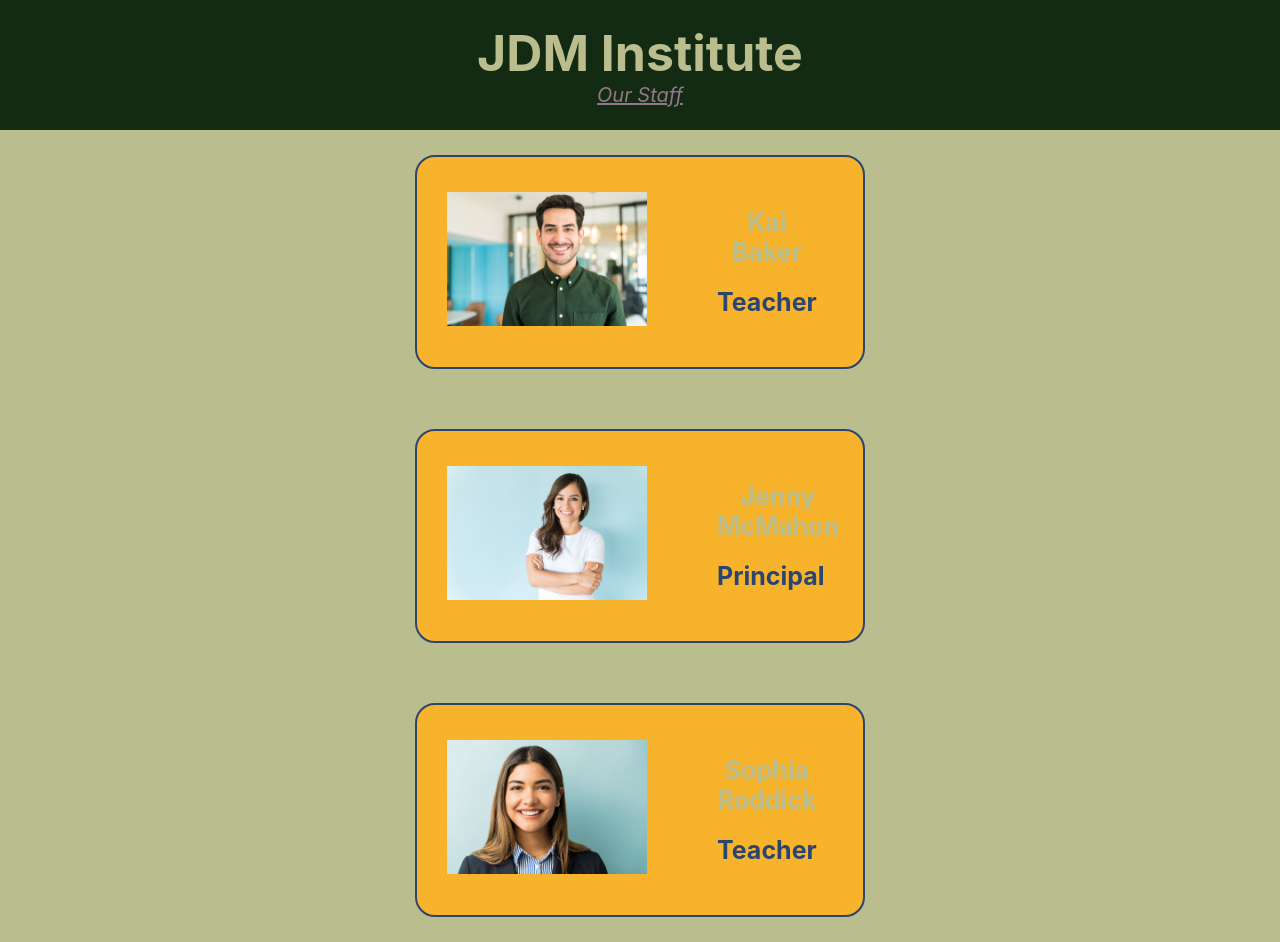
Repository: jennydmcm/class03practice
Page: /about
These files come from the project's save history. The page is drawn as it stood at one moment and after the next save; the edit follows.
The browser window is 1280 px wide. The pictures show the whole page.
The project was rebuilt for these pictures with package versions that can differ from the ones it lists, and the page was loaded fresh each time. The framework's server and built-in components were replaced by stand-ins that run in the browser. Also part of the build but not shown: next.config.js.

Above is the page before, as saved 2023-01-24 21:30:02.

After the next save:
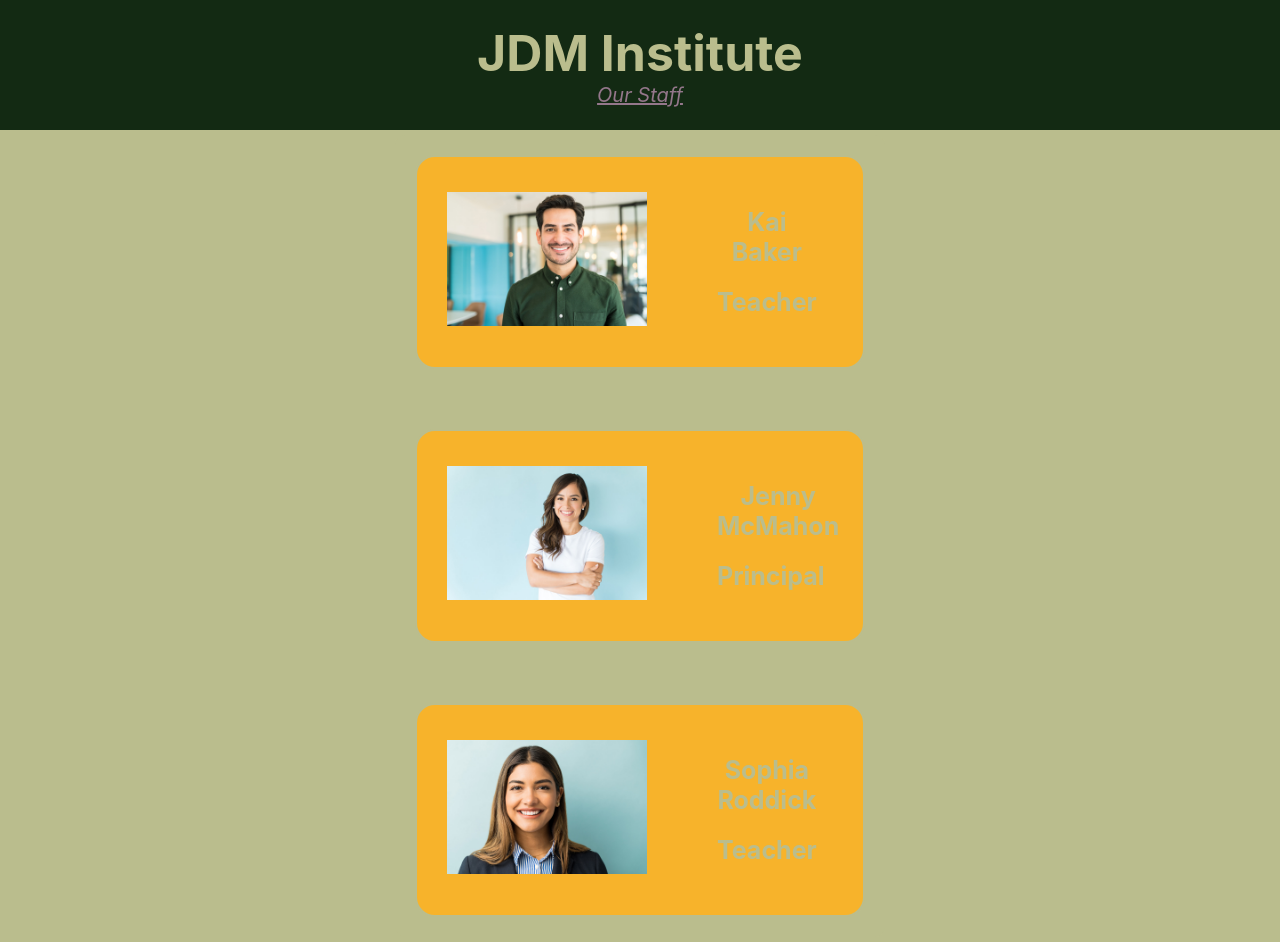
Saved 7 s later.
--- a/pages/about.js
+++ b/pages/about.js
@@ -38,7 +38,7 @@ export default function About() {
                 colourCard="#f7b32b"
                 colourInfo="#EFCA08"
                 font="25px"
-                fontColour="#2B4570"
+                fontColour="#BABD8D"
                 />
               )
 
